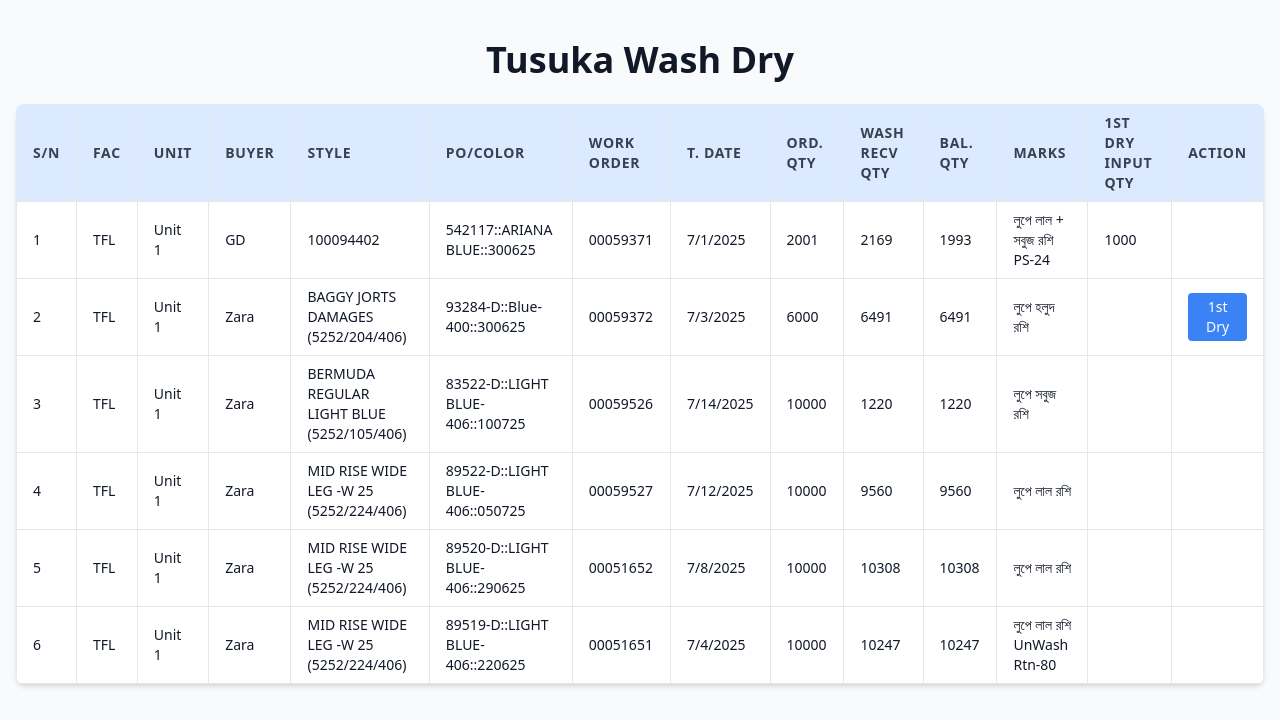
Repository: AhmedMuktadir14218/TusukaDryWash
Page: index.html
The author's editor kept a copy of each file at every save. The page is drawn from the files as they stood at one save, then again after the next save.
The browser window is 1280 px wide. The pictures show the whole page.
Some web libraries are served in a nearby version.

Above is the page before, as saved 2025-06-29 15:04:24.

After the next save:
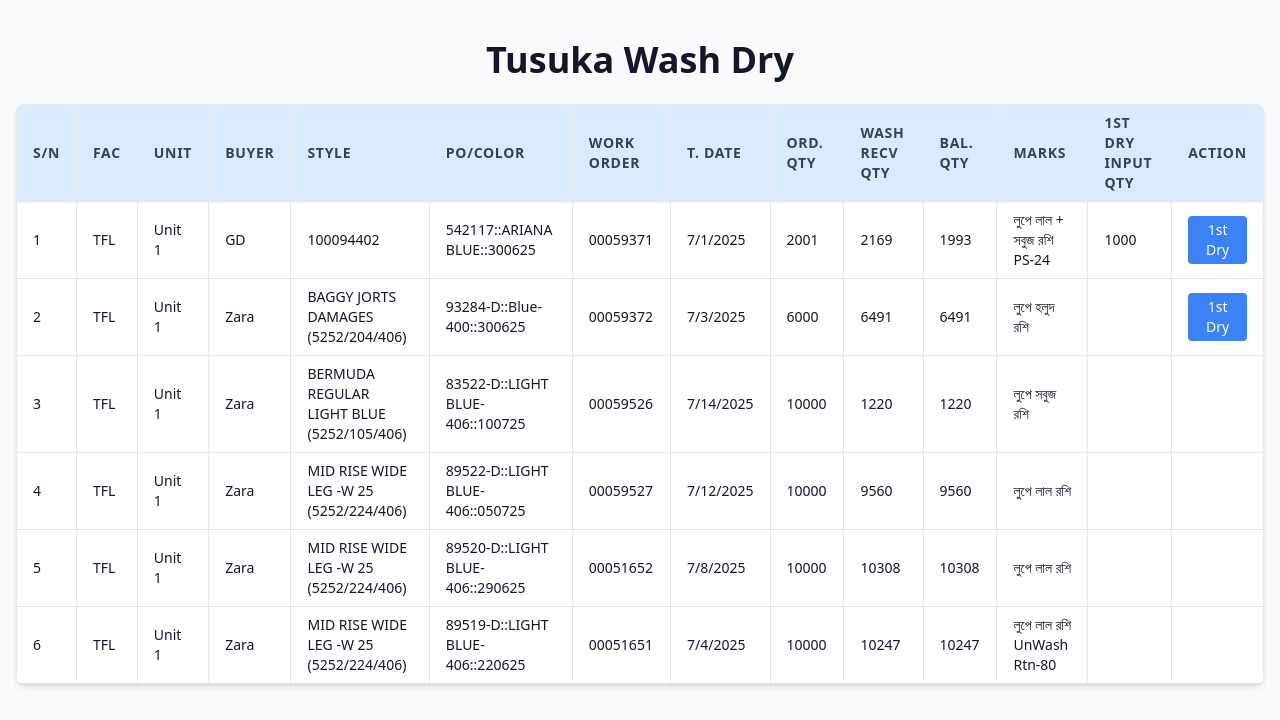
Saved 45 s later.
--- a/index.html
+++ b/index.html
@@ -45,7 +45,7 @@
             <td class="px-4 py-2 border">1993</td>
             <td class="px-4 py-2 border">লুপে লাল + সবুজ রশি PS-24</td>
             <td class="px-4 py-2 border">1000</td>
-            <td class="px-4 py-2 border"></td>
+            <td class="px-4 py-2 border"><button class="bg-blue-500 text-white px-2 py-1 rounded">1st Dry</button></td>
           </tr>
           <tr class="hover:bg-gray-100">
             <td class="px-4 py-2 border">2</td>
